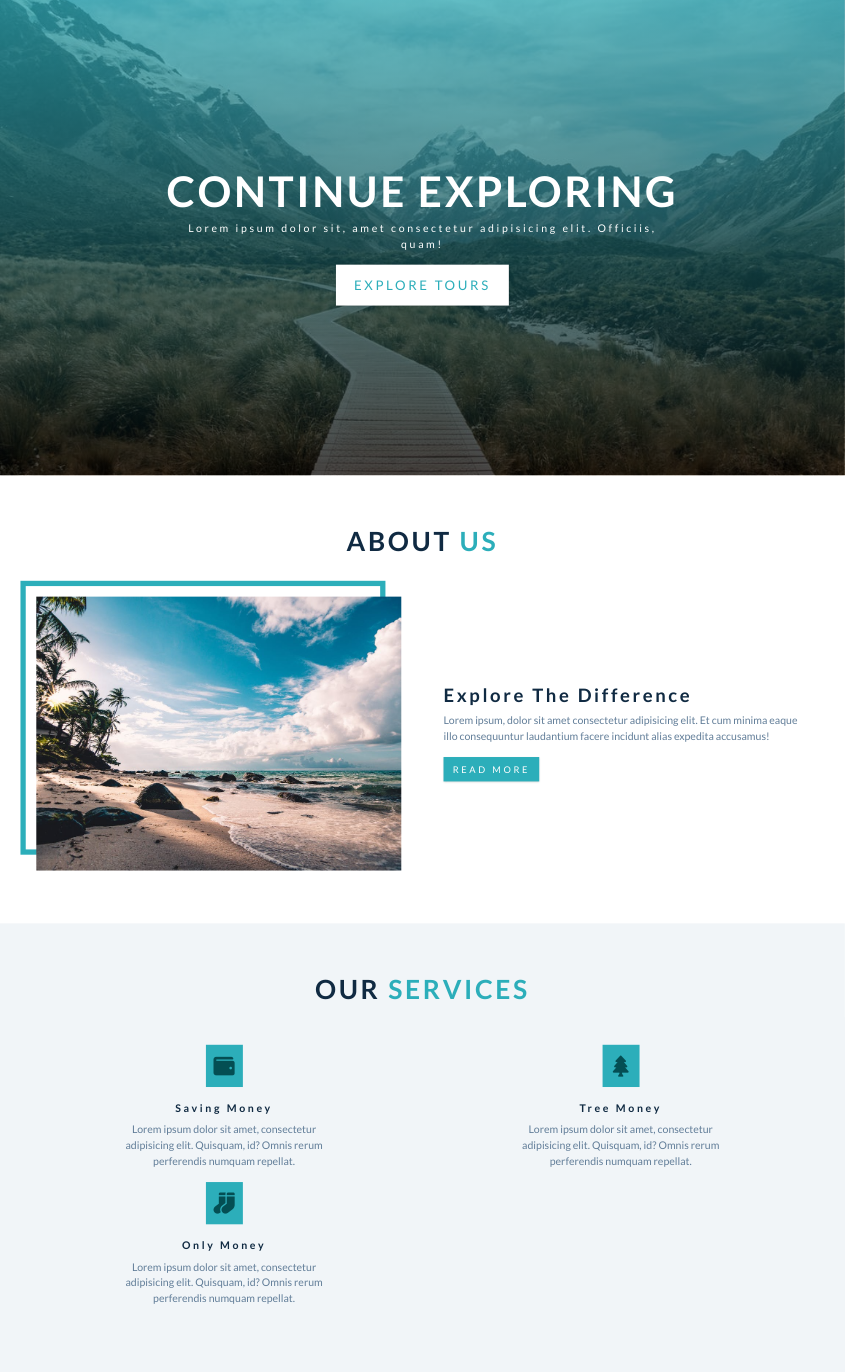
Repository: Ndifoinhilary/flexbox-project
Page: index.html
The author's editor kept a copy of each file at every save. The page is drawn from the files as they stood at one save, then again after the next save.
The browser window is 1280 px wide. The pictures show the whole page, at 66% of full size.

Above is the page before, as saved 2024-01-21 15:24:50.

### index.html
<!DOCTYPE html>
<html lang="en">
  <head>
    <meta charset="UTF-8" />
    <meta name="viewport" content="width=device-width, initial-scale=1.0" />
    <meta http-equiv="X-UA-Compatible" content="ie=edge" />
    <title>Backroads || Tour Company</title>
    <!-- favicon -->
    <link rel="shortcut icon" href="./images/favicon.ico" type="image/x-icon" />
    <!-- font-awesome -->
    <link rel="stylesheet" href="fontawesome-free-5.9.0-web/css/all.min.css" />
    <!-- styles css -->
    <link rel="stylesheet" href="./css/main.css" />
  </head>
  <body>
    <header id="home">
      <!-- nav bar -->
      <!-- end of nav bar -->
  <!-- hero section  -->
  <div class="hero">
    <div class="hero-banner">
      <h1>continue exploring</h1>
      <p>Lorem ipsum dolor sit, amet consectetur adipisicing elit. Officiis, quam!</p>
      <a href="#feature" class="btn hero-btn scroll-link ">explore tours</a>
    </div>
  </div>
   <!-- end of hero section  -->
    </header>
    <!-- end of header -->
   <!-- section -->
    <section class="section" id="about">
      <!-- section title -->
      <div class="section-title">
        <h2>about <span>us</span></h2>
      </div>
            <!-- section title -->
        <div class="section-center about-center">
          <!-- about image wrapper -->
          <article class="about-img">
            <img src="./images/about.jpeg"  class="about-photo" alt="awesome">
          </article>
          <!-- about infor -->
          <artilce class="about-info">
            <h3>explore the difference</h3>
            <p>Lorem ipsum, dolor sit amet consectetur adipisicing elit. Et cum minima eaque illo consequuntur laudantium facere incidunt alias expedita accusamus!</p>
            <a href="#" class="btn">read more</a>
          </artilce>
        </div>
    </section>
    <!-- end of about  section -->


    <!-- service section start -->

    <section class="section services" id="servics">
      <div class="section-title">
        <h2>our <span>services</span></h2>
      </div>
      <div class="section-center services-center">
        <!-- single service -->
        <article class="service">
          <span class="service-icon">
            <i class="fas fa-wallet fa-fw"></i>
          </span>
          <div class="service-info">
            <h4 class="service-title" >saving money</h4>
            <p class="service-text"> Lorem ipsum dolor sit
              amet, consectetur adipisicing elit. Quisquam, id?
               Omnis rerum perferendis numquam repellat.</p>
          </div>
        </article>
        <article class="service">
          <span class="service-icon">
            <i class="fas fa-tree fa-fw"></i>
          </span>
          <div class="service-info">
            <h4 class="service-title" >tree money</h4>
            <p class="service-text"> Lorem ipsum dolor sit
              amet, consectetur adipisicing elit. Quisquam, id?
               Omnis rerum perferendis numquam repellat.</p>
          </div>
        </article>
         <article class="service">
          <span class="service-icon">
            <i class="fas fa-socks fa-fw"></i>
          </span>
          <div class="service-info">
            <h4 class="service-title" >only  money</h4>
            <p class="service-text"> Lorem ipsum dolor sit
              amet, consectetur adipisicing elit. Quisquam, id?
               Omnis rerum perferendis numquam repellat.</p>
          </div>
        </article>
      </div>
      </section>



    <!-- end of service section start -->
  </body>
</html>

### css/main.css
/*
===============
Fonts
===============
*/
@import url("https://fonts.googleapis.com/css?family=Lato:400,700&display=swap");

/*
===============
Variables
===============
*/

:root {
  /* dark shades of primary color*/
  --clr-primary-1: hsl(184, 91%, 17%);
  --clr-primary-2: hsl(185, 84%, 25%);
  --clr-primary-3: hsl(185, 81%, 29%);
  --clr-primary-4: hsl(184, 77%, 34%);
  /* primary/main color */
  --clr-primary-5: hsl(185, 62%, 45%);
  /* lighter shades of primary color */
  --clr-primary-6: hsl(185, 57%, 50%);
  --clr-primary-7: hsl(184, 65%, 59%);
  --clr-primary-8: hsl(184, 80%, 74%);
  --clr-primary-9: hsl(185, 94%, 87%);
  --clr-primary-10: hsl(186, 100%, 94%);
  /* darkest grey - used for headings */
  --clr-grey-1: hsl(209, 61%, 16%);
  --clr-grey-2: hsl(211, 39%, 23%);
  --clr-grey-3: hsl(209, 34%, 30%);
  --clr-grey-4: hsl(209, 28%, 39%);
  /* grey used for paragraphs */
  --clr-grey-5: hsl(210, 22%, 49%);
  --clr-grey-6: hsl(209, 23%, 60%);
  --clr-grey-7: hsl(211, 27%, 70%);
  --clr-grey-8: hsl(210, 31%, 80%);
  --clr-grey-9: hsl(212, 33%, 89%);
  --clr-grey-10: hsl(210, 36%, 96%);
  --clr-white: #fff;
  --ff-primary: "Lato", sans-serif;
  --transition: all 0.3s linear;
  --spacing: 0.25rem;
  --radius: 0.5rem;
  --light-shadow: 0 5px 15px rgba(0, 0, 0, 0.1);
  --dark-shadow: 0 5px 15px rgba(0, 0, 0, 0.2);
}
/*
===============
Global Styles
===============
*/

* {
  margin: 0;
  padding: 0;
  box-sizing: border-box;
}
body {
  font-family: var(--ff-primary);
  background: var(--clr-white);
  color: var(--clr-grey-1);
  line-height: 1.5;
  font-size: 0.875rem;
}
a {
  text-decoration: none;
}
/* img:not(.nav-logo) {
  width: 100%;
  display: block;
} */
img {
  width: 100%;
  display: block;
}
h1,
h2,
h3,
h4 {
  letter-spacing: var(--spacing);
  text-transform: capitalize;
  line-height: 1.25;
  margin-bottom: 0.75rem;
}
h1 {
  font-size: 3rem;
}
h2 {
  font-size: 2rem;
}
h3 {
  font-size: 1.25rem;
}
h4 {
  font-size: 0.875rem;
}
p {
  margin-bottom: 1.25rem;
  color: var(--clr-grey-5);
}
@media screen and (min-width: 800px) {
  h1 {
    font-size: 4rem;
  }
  h2 {
    font-size: 2.5rem;
  }
  h3 {
    font-size: 1.75rem;
  }
  h4 {
    font-size: 1rem;
  }
  body {
    font-size: 1rem;
  }
  h1,
  h2,
  h3,
  h4 {
    line-height: 1;
  }
}
/*  global classes */

.btn {
  text-transform: uppercase;
  background: var(--clr-primary-5);
  color: var(--clr-white);
  padding: 0.375rem 0.75rem;
  letter-spacing: var(--spacing);
  display: inline-block;
  /* font-weight: 700; */
  transition: var(--transition);
  font-size: 0.875rem;
  border: 2px solid transparent;
  cursor: pointer;
  box-shadow: 0 1px 3px rgba(0, 0, 0, 0.2);
}
.btn:hover {
  color: var(--clr-primary-1);
  background: var(--clr-primary-8);
}
.section {
  padding: 5rem 0;
}
.section-title {
  text-align: center;
  margin-bottom: 4rem;
}
.section-title h2 {
  text-transform: uppercase;
}
.section-title span {
  color: var(--clr-primary-5);
}
.section-center {
  width: 90vw;
  margin: 0 auto;
  max-width: 1170px;
}
@media screen and (min-width: 992px) {
  .section-center {
    width: 95vw;
  }
}
/*
===============
Navbar
===============
*/

/*
===============
Hero
===============
*/
.hero {
  min-height: 100vh;
  background: var(--clr-primary-5);
  display: flex;
  justify-content: center;
  align-items: center;
}
.hero-banner {
  text-align: center;
  color: var(--clr-white);
  padding: 0 3rem;
}
.hero-banner h1 {
  text-transform: uppercase;
}
.hero-banner p {
  max-width: 35rem;
  margin-left: auto;
  margin-right: auto;
  color: var(--clr-white);
  letter-spacing: var(--spacing);
}
.hero-btn {
  padding: 0.9rem 1.6rem;
  font-size: 1.25rem;
  background: var(--clr-white);
  color: var(--clr-primary-5);
}
.hero-btn:hover {
  background: transparent;
  color: var(--clr-white);
  border-color: var(--clr-white);
}
@media screen and (min-width: 768px) {
  .hero {
    background: linear-gradient(rgb(44, 174, 186, 0.7), rgba(0, 0, 0, 0.7)),
      url("../images/main.jpeg") center/cover no-repeat;
  }
  .hero-banner {
    padding: 0;
  }
  .hero-banner p {
    max-width: 45rem;
  }
}
/*
===============
About
===============
*/
/* section add to globals */
/* title add to globals */
/* section center add to globals */
.about-img,
.about-info {
  margin-bottom: 2rem;
}
@media screen and (min-width: 992px) {
  .about-center {
    display: flex;
    justify-content: space-between;
    flex-wrap: wrap;
  }
  .about-img,
  .about-info {
    flex: 0 0 calc(50% - 2rem);
    margin-bottom: 0;
    align-self: center;
  }
}

@media screen and (min-width: 1170px) {
  .about-img::before{
    content: "";
    position: absolute;
    border: 0.5rem solid var(--clr-primary-5);
    box-sizing: border-box;
    height: 100%;
    width: 100%;
    top: -1.5rem;
    left: -1.5rem;

  }
  .about-img{
    position: relative;
  }
  .about-photo{
    position: relative ;
  }
}
/*
===============
Services
===============
*/
.services{
  background: var(--clr-grey-10);
}
.service{
  text-align: center;
  margin-bottom: 3rem;
}
.service-icon{
  background: var(--clr-primary-5);
  color: var(--clr-primary-1);
  padding: 0.5rem;
  display: inline-block;
  font-size: 2rem;
  margin-bottom: 1.5rem;
}

.service-text{
  max-width: 20rem;
  margin-left: auto;
  margin-right: auto;
}



@media screen  and (min-width:576px) {
  .section-center{
    display: flex;
    justify-content: space-between;
    flex-wrap: wrap;
  }
  .service{
    flex: 0 0 calc(50% - 1rem);
    margin-bottom: 0;
  }
}
/*
===============
Featured Tours
===============
*/
/*
===============
Deals
===============
*/
/*
===============
Gallery
===============
*/

/*
===============
Footer
===============
*/

Loaded but not shown: fontawesome-free-5.9.0-web/css/all.min.css (library)

After the next save:
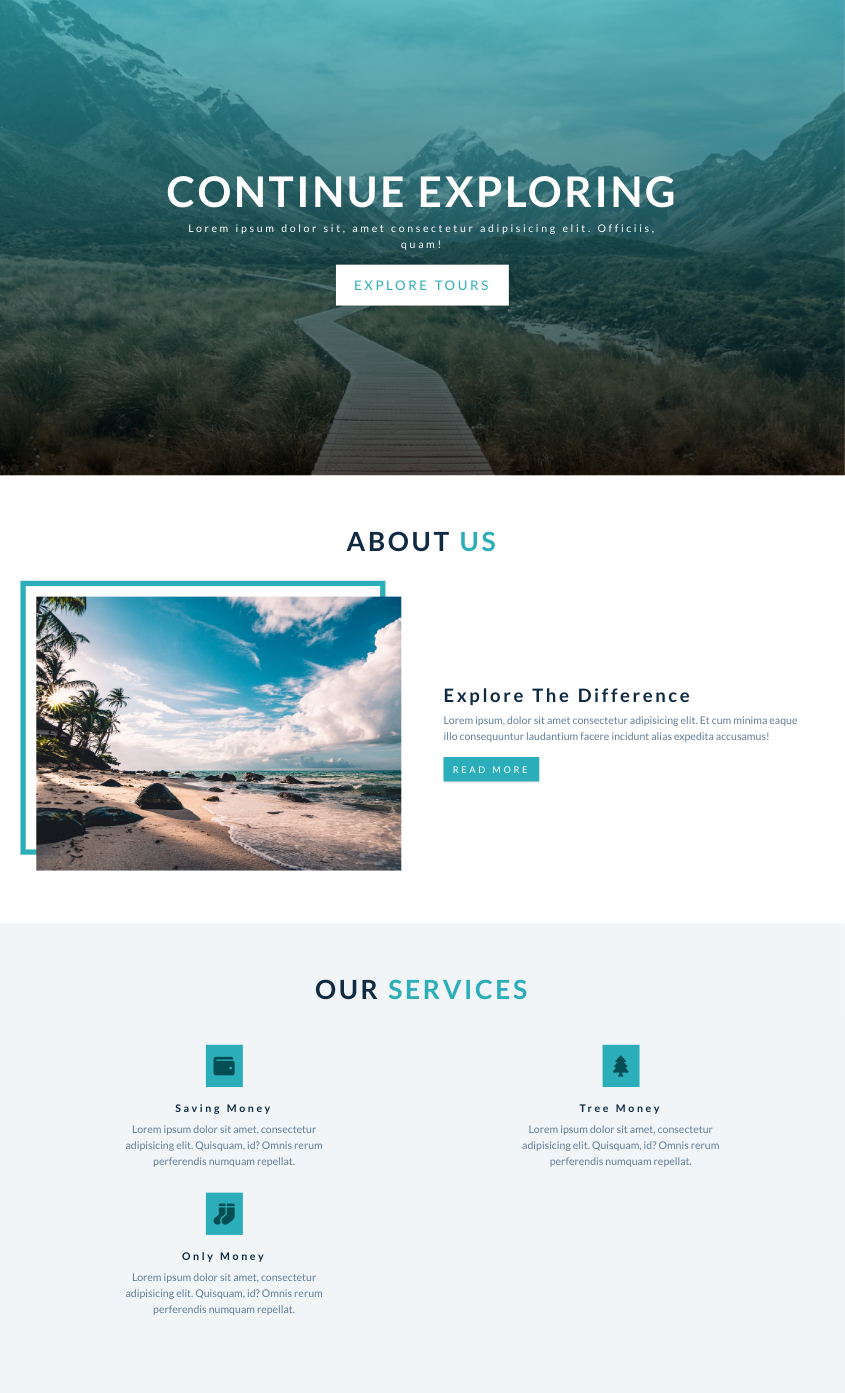
Saved 20 s later.
--- a/css/main.css
+++ b/css/main.css
@@ -303,7 +303,7 @@ Services
   }
   .service{
     flex: 0 0 calc(50% - 1rem);
-    margin-bottom: 0;
+    margin-bottom: 1rem;
   }
 }
 /*
